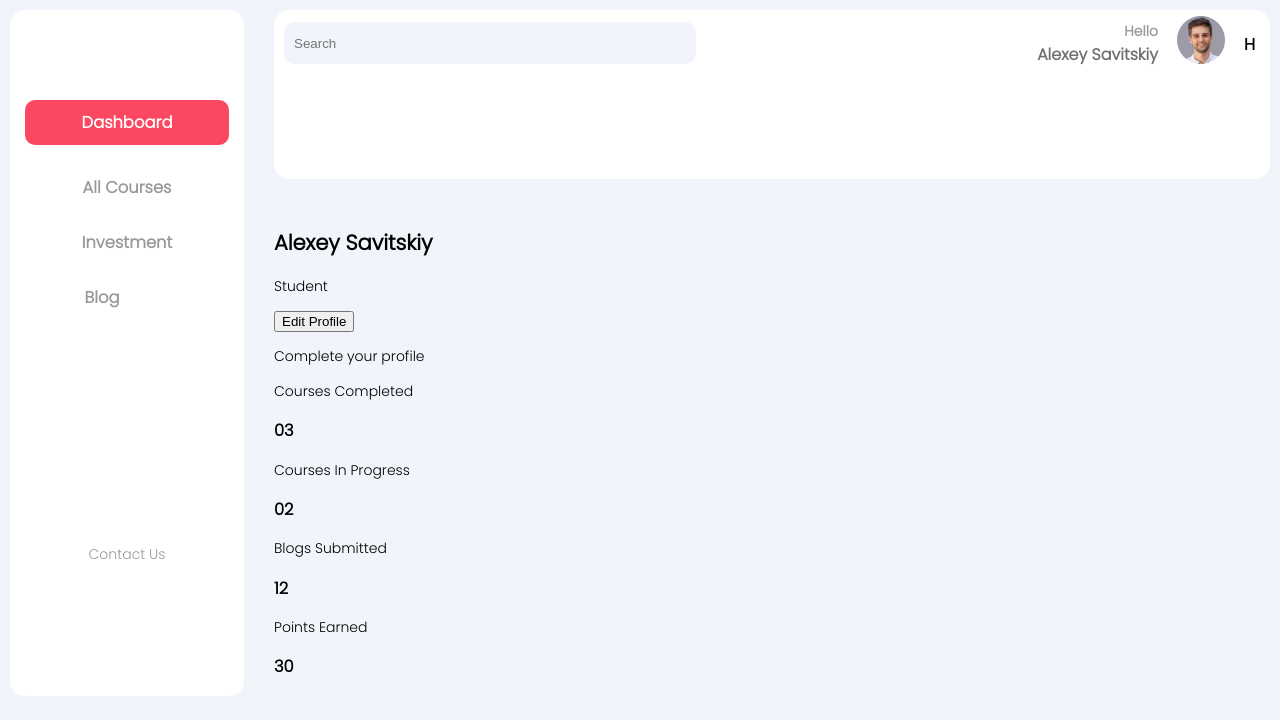
Repository: Anuruddha00/dashboard-design
Page: /
The author's editor kept a copy of each file at every save. The page is drawn from the files as they stood at one save, then again after the next save.
The browser window is 1280 px wide. The pictures show the whole page.
The project was rebuilt for these pictures with package versions that can differ from the ones it lists, and the page was loaded fresh each time.

Above is the page before, as saved 2021-05-07 12:54:20.

After the next save:
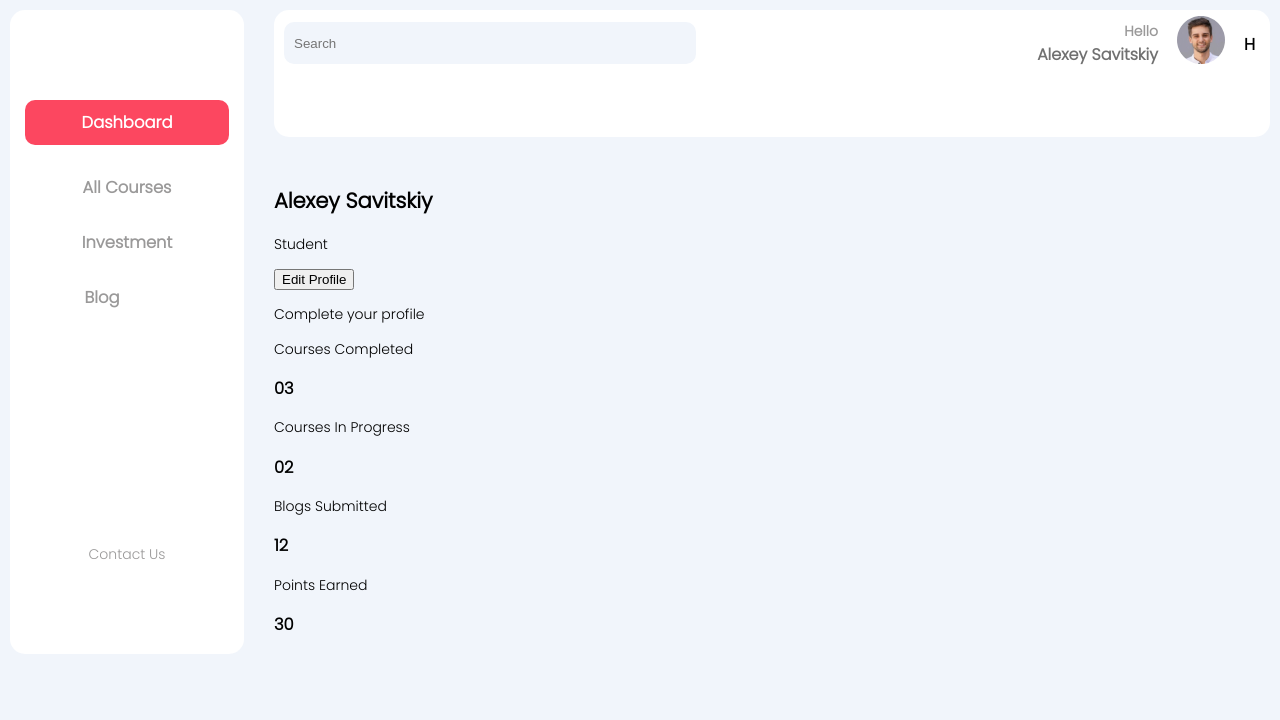
Saved 17 s later.
--- a/src/containers/Dashboard/Dashboard.scss
+++ b/src/containers/Dashboard/Dashboard.scss
@@ -73,8 +73,7 @@ body{
 
             .content{
                 display: grid;
-                grid-template-rows:1fr 3fr ;
-                grid-auto-rows: minmax(50px, auto);
+                grid-template-rows:1fr 4fr ;
                 gap:10px;
 
                 &Navbar{
